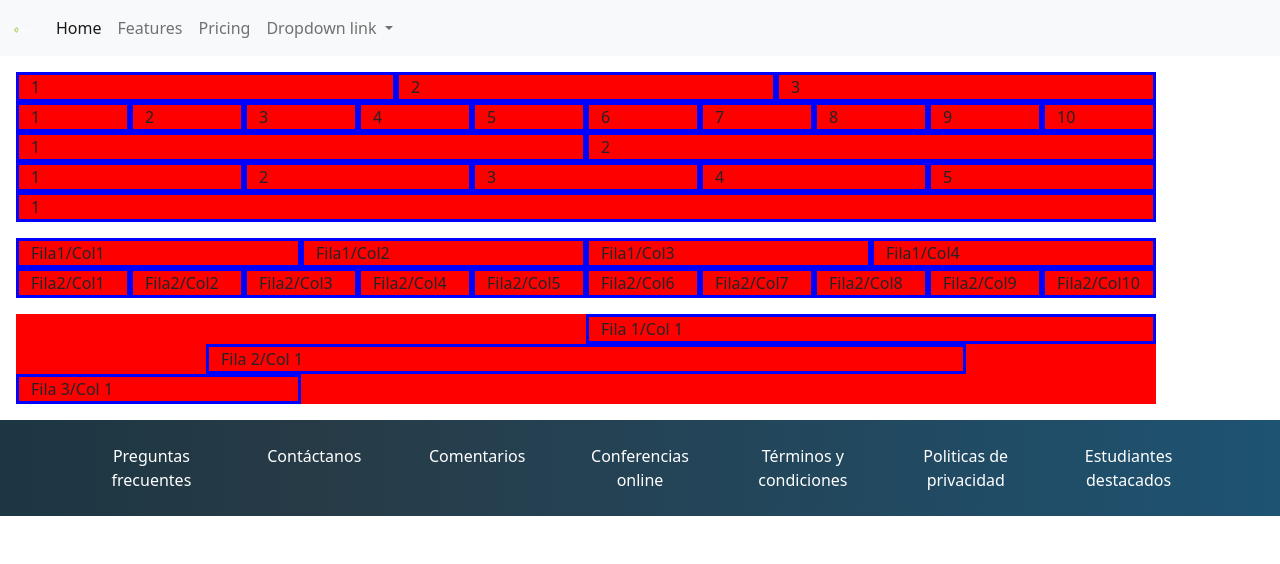
Repository: alexvl06/alexvl06.github.io
Page: index.html
These files come from the project's save history. The page is drawn as it stood at one moment and after the next save; the edit follows.
The browser window is 1280 px wide. The pictures show the whole page.

Above is the page before, as saved 2022-07-11 09:20:37.

After the next save:
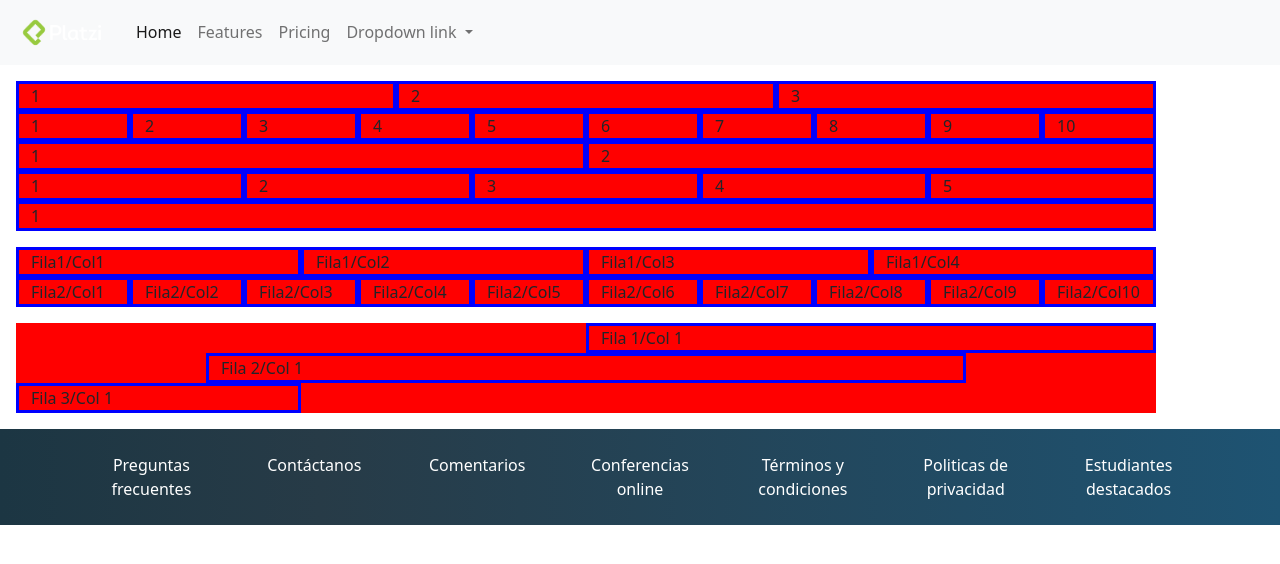
Saved 6 s later.
--- a/index.html
+++ b/index.html
@@ -16,7 +16,7 @@
     <header>
       <nav class="navbar navbar-expand-lg bg-light">
         <div class="container-fluid">
-          <a class="navbar-brand" href="#"><img src="assets/images/logo.webp" width="20px" alt=""></a>
+          <a class="navbar-brand" href="#"><img src="assets/images/logo.webp" width="100px" alt=""></a>
           <button
             class="navbar-toggler"
             type="button"
